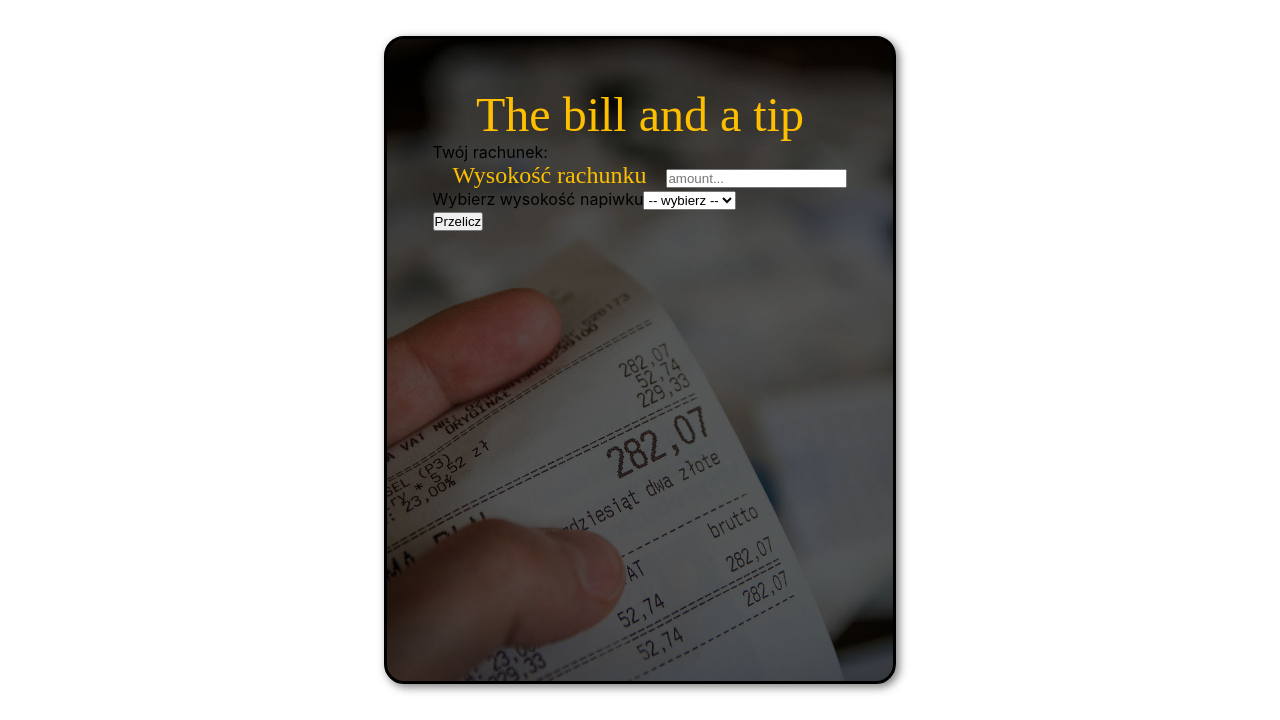
Repository: KrzysKolo/sr_tydzien4_zad1
Page: /
These files come from the project's save history. The page is drawn as it stood at one moment and after the next save; the edit follows.
The browser window is 1280 px wide. The pictures show the whole page.
Some web fonts or font styles are not loaded; a fallback is used. The project was rebuilt for these pictures with package versions that can differ from the ones it lists, and the page was loaded fresh each time.

Above is the page before, as saved 2020-11-06 10:37:09.

After the next save:
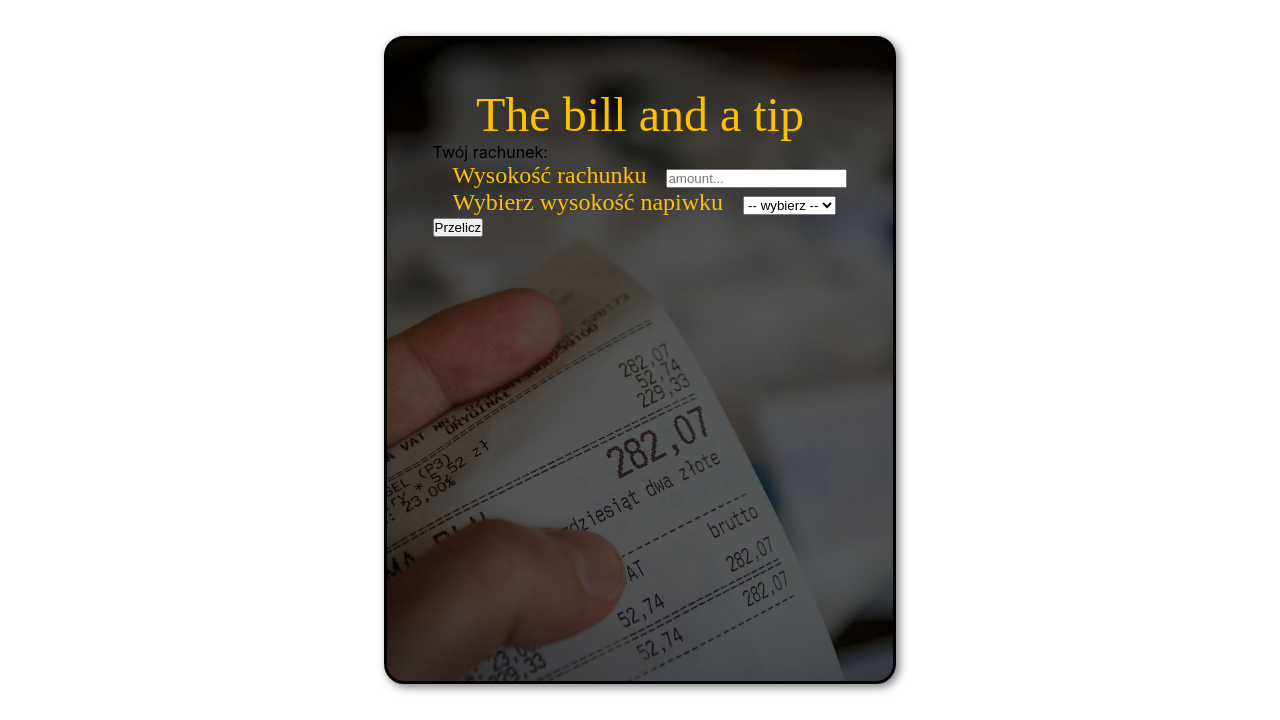
Saved 30 s later.
--- a/src/components/SectionCard.js
+++ b/src/components/SectionCard.js
@@ -8,7 +8,7 @@ class SectionCard extends Component {
                 <form>
                     <label className="label__BillCard" for="form__input-amount">Wysokość rachunku</label>
                     <input type="text" id="form__input-amount" name="amount" placeholder="amount..." /><br/>
-                    <label for="form__select">Wybierz wysokość napiwku</label>
+                    <label className="label__BillCard" for="form__select">Wybierz wysokość napiwku</label>
                     <select name="tip" id="cars">
                         <option value="">-- wybierz --</option>
                         <option value="5">5%</option>
